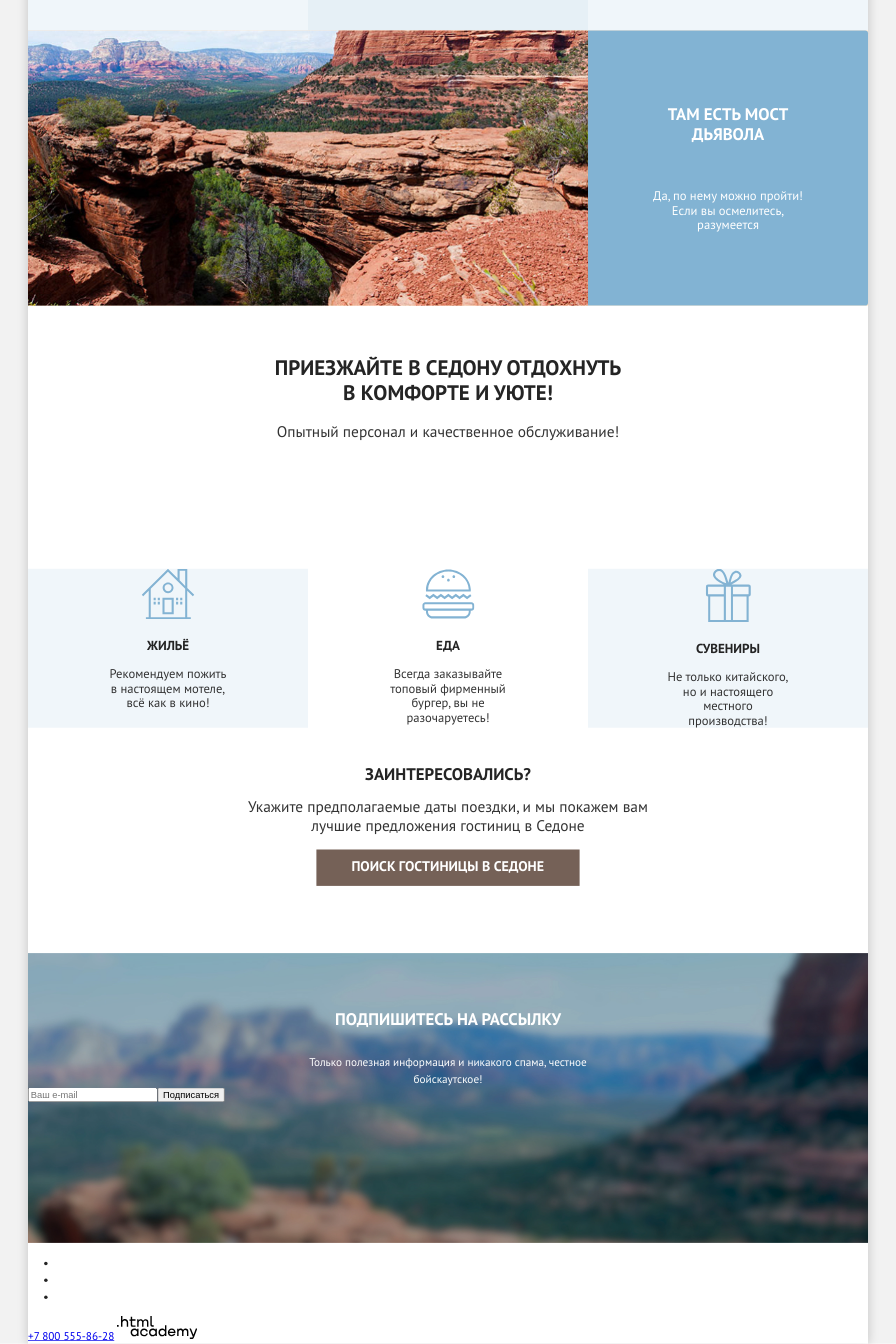
Repository: zakhgagne/2512253-sedona-1
Page: index.html
The author's editor kept a copy of each file at every save. The page is drawn from the files as they stood at one save, then again after the next save.
The browser window is 1280 px wide. The pictures show the part of the page from y = 1551 to 3471 px (the page is 3471 px tall), at 70% of full size.

Above is the page before, as saved 2024-05-11 20:22:33.

### index.html
<!DOCTYPE html>
<html lang="ru">

  <head>
    <meta charset="utf-8">
    <title>Сайт города Седона</title>
    <link rel="stylesheet" href="styles/styles.css">
  </head>

  <body>
    <div class="container">
      <header class="header">
        <a class="logo-link" href="#">
          <img class="logo-image" src="./images/logo.svg" alt="Любимая Седона" width="" height="">
        </a>
        <nav class="navigation">
          <ul class="main-menu">
            <li class="menu-item">
              <a href="./index.html" class="menu-link">Главная</a>
            </li>
            <li class="menu-item">
              <a href="#" class="menu-link">О Седоне</a>
            </li>
            <li class="menu-item">
              <a href="./catalog.html" class="menu-link">Гостиницы</a>
            </li>
          </ul>
          <ul class="user-menu">
            <li class="user-menu-item">
              <a href="#" class="user-menu-link">
                <span class="visually-hidden">Поиск</span>
              </a>
            </li>
            <li class="user-menu-item">
              <a href="#" class="user-menu-link">
                <span class="visually-hidden">Избранное</span>
                <span class="like-number">12</span>
              </a>
            </li>
            <li class="user-menu-item">
              <a href="#" class="user-menu-link">Хочу сюда!</a>
            </li>
          </ul>
        </nav>
      </header>
      <main class="main-container">
        <h1 class="visually-hidden">Cайт города Седона</h1>
        <section class="welcome">
          <h2 class="visually-hidden">Приглашение</h2>
          <img src="./images/welcome.svg" class="welcome-image" width="" height="" alt="Welcome">
        </section>

        <section class="city">
          <h2 class="city-title">Седона — небольшой городок в Аризоне, заслуживающий большего!</h2>
          <p class="city-subtitle">Рассмотрим причины, по которым Седона круче, чем Гранд-Каньон!</p>

          <ul class="reason-list">
            <li class="reason-item reason-item-special">
              <div class="reason-container">
                <h3 class="reason-title">Настоящий городок</h3>
                <p class="reason-text">Седона — не аттракцион для туристов, там течёт своя жизнь</p>
              </div>
              <img src="./images/photo-1.jpg" class="reason-image" width="" height="">
            </li>
            <li class="reason-item">
              <div class="reason-container">
                <h3 class="reason-title">Небольшая площадь</h3>
                <p class="reason-text">Все достопримечательности находятся очень близко</p>
              </div>
            </li>
            <li class="reason-item">
              <div class="reason-container">
                <h3 class="reason-title">Красивая дорога</h3>
                <p class="reason-text">Ехать в Седону из Лас-Вегаса совсем не скучно!</p>
              </div>
            </li>
            <li class="reason-item">
              <div class="reason-container">
                <h3 class="reason-title">Мало туристов</h3>
                <p class="reason-text">Большинство едет в Гранд Каньон и толпится там</p>
              </div>
            </li>
            <li class="reason-item reason-item-special">
              <img src="./images/photo-2.jpg" class="reason-image" width="" height="">
              <div class="reason-container">
                <h3 class="reason-title">Там есть мост дьявола</h3>
                <p class="reason-text">Да, по нему можно пройти! Если вы осмелитесь, разумеется</p>
              </div>
            </li>
          </ul>
        </section>

        <section class="city-welcome">
          <h2 class="desription">Приезжайте в Седону отдохнуть в комфорте и уюте!</h2>
          <p class="simple-text">Опытный персонал и качественное обслуживание!</p>
          <div class="container-city-welcome">
            <ul class="comfort-list">
              <li class="comfort-item">
                <img src="./images/advantage-icon-home.svg" class="reason-image" width="" height="">
                <h3 class="comfort-title">Жильё</h3>
                <p class="comfort-text">Рекомендуем пожить в настоящем мотеле, всё как в кино!</p>
              </li>
              <li class="comfort-item">
                <img src="./images/advantage-icon-food.svg" class="reason-image" width="" height="">
                <h3 class="comfort-title">Еда</h3>
                <p class="comfort-text">Всегда заказывайте топовый фирменный бургер, вы не разочаруетесь!</p>
              </li>
              <li class="comfort-item">
                <img src="./images/advantage-icon-gift.svg" class="reason-image" width="" height="">
                <h3 class="comfort-title">Сувениры</h3>
                <p class="comfort-text">Не только китайского, но и настоящего местного производства!</p>
              </li>
            </ul>
          </div>
        </section>

        <section class="interest">
          <h2 class="desription">Заинтересовались?</h2>
          <p class="simple-text-interest">Укажите предполагаемые даты поездки, и мы покажем вам лучшие предложения гостиниц в
            Седоне</p>
            <div class="container-button">
          <a href="#" class="button-search-motel">ПОИСК ГОСТИНИЦЫ В седоне</a>
          </div>
        </section>

      </main>

      <footer>
        <section class="news-letter">
           <div class="container-letter">
          <h2 class="desription">Подпишитесь на рассылку</h2>
          <p class="simple-text-footer">Только полезная информация и никакого спама, честное бойскаутское!</p>
          </div>
          <form class="subscribe-form" action="https://echo.htmlacademy.ru/" method="post">
            <input class="field" placeholder="Ваш e-mail" type="email" name="distribution-email" required>
            <button class="subscribe-form-button" type="submit">Подписаться</button>
          </form>
        </section>
        <div class="footer-container">
          <section class="contacts">
            <h2 class="visually-hidden">Контакты</h2>
            <ul class="contact-list">
              <li class="contact-list-item">
                <a href="#" class="contact-list-link">
                  <p class="visually-hidden">Вконтакте</p>
                </a>
              </li>
              <li class="contact-list-item">
                <a href="#" class="contact-list-link">
                  <p class="visually-hidden">Телеграм</p>
                </a>
              </li>
              <li class="contact-list-item">
                <a href="#" class="contact-list-link">
                  <p class="visually-hidden">Ютуб</p>
                </a>
              </li>
            </ul>
            <a class="footer-contacts-address-phone" href="tel:+78005558628">+7 800 555-86-28</a>
            <a class="htmlacademy-link" href="https://htmlacademy.ru/">
              <img src="./images/logo-academy.svg" width="" height="" alt="Академия">
            </a>
          </section>
        </div>
      </footer>
    </div>
  </body>

</html>

### styles/styles.css
@font-face {
  font-family: "PT Sans";
  font-style: normal;
  font-weight: 400;
  src: url("../fonts/ptsans-400.woff2") format("woff2");
  font-display: swap;
}

@font-face {
  font-family: "PT Sans";
  font-style: normal;
  font-weight: 700;
  src: url("../fonts/ptsans-700.woff2") format("woff2");
  font-display: swap;
}


body {
  margin: 0;
  font-family: "PT Sans", "Arial", sans-serif;
  font-size: 16px;
  line-height: 24px;
  color: #242424;
  background-color: #f2f2f2;
}

.visually-hidden {
  display: none;
}

.container {
  width: 1200px;
  margin: 0 auto;
  background-color: #ffffff;
  box-shadow: 0 0 15px rgba(0, 0, 0, 0.2);
}

.header {
  background-color: #ffffff;
  position: relative;
  padding: 0 68px 0 238px;
}

.logo-link {
  position: absolute;
  top: 0;
  left: 70px;
}

.logo-image {}

.navigation {
  display: flex;
  justify-content: space-between;
}

.main-menu {
  padding: 0;
  margin: 0;
  list-style: none;
  display: flex;
  width: 500px;
  flex-wrap: wrap;
}

.menu-item {}

.menu-link {
  font-size: 20px;
  font-weight: 700;
  line-height: 24px;
  color: #000000;
  text-decoration: none;
  display: block;
  padding: 20px 16px;

}

.menu-item:nth-child(1) {
  /* background-color: red; */
}

.menu-item:nth-child(2) {
  /* background-color: blue; */
}

.menu-item:nth-child(3) {
  /* background-color: red; */
}

.user-menu {
  padding: 0;
  margin: 0;
  list-style: none;
  display: flex;
}

.welcome {
  background-color: #aec5d1;
  background-image: url("../images/white-crown.svg"), url("../images/index-background.jpg");
  background-repeat: no-repeat;
  background-position: center bottom, center top;
  background-size: 1200px 57px, cover;
  padding-top: 51px;
  padding-bottom: 82px;
  min-height: 352px;
}

.welcome-image {
  display: block;
  margin: 0 auto;
}

.city {
  text-align: center;
  padding-top: 70px;
}

.city-title {
  padding: 0;
  margin: 0 auto 24px;
  font-size: 30px;
  font-weight: 700;
  line-height: 36px;
  text-transform: uppercase;
  width: 750px;

}

.city-subtitle {
  padding: 1px;
  margin: 0 auto 87px;
  font-size: 22px;
  font-weight: 400;
  line-height: 26px;
  width: 750px;
}

.reason-list {
  display: flex;
  justify-content: space-between;
  text-align: center;
  padding: 0;
  margin: 0;
  list-style: none;
  flex-wrap: wrap;
}

.reason-item {
  display: flex;
  background-color: bisque;
}

.reason-container {
  width: 400px;
  padding-top: 106px;
  padding-bottom: 105px;
}

.reason-title {
  margin: 0 auto 63px;
  padding: 0;
  font-size: 24px;
  font-weight: 700;
  line-height: 28px;
  width: 175px;
  text-transform: uppercase;

}

.reason-text {
  padding: 0;
  margin: 0 auto;
  font-size: 18px;
  font-weight: 400;
  line-height: 21px;
  width: 231px;
}

.reason-item:nth-child(2n) {
  background-color: #f0f6fa;
}

.reason-item:nth-child(3n) {
  background-color: #e6f0f6;
}

.reason-item-special .reason-container {
  background-color: #82B3D3;
  border-radius: 0px 4px 4px 0px;
  color: #FFFFFF;

}

.comfort-list {
  display: flex;
  justify-content: space-between;
  text-align: center;
  padding: 0;
  margin: 0;
  list-style: none;
}

.comfort-item {
  width: 400px;
}

.comfort-item:nth-child(even) {
  background-color: #ffffff;
}

.comfort-item:nth-child(odd) {
  background-color: #f0f6fa;
}

.interest {
  text-align: center;
  margin: 54px auto;
  height: 214px;
  width: 592px;
}

.desription {
  padding: 0;
  margin: 0;
  text-transform: uppercase;
}

.footer-container {
  display: flex;
  margin: 0 auto;
}


.news-letter {
  background-image: url("../images/subscribe.jpg");
  background-repeat: no-repeat;
  min-height: 414px;
  text-align: center;

  /*width: 684px;*/
}

.city-welcome {
  text-align: center;
  padding-top: 70px;
}

.city-welcome .desription {
  padding: 0;
  margin: 0 auto 24px;
  font-size: 30px;
  font-weight: 700;
  line-height: 36px;
  text-transform: uppercase;
  width: 500px;
}

.simple-text {

  padding: 0;
  margin: 0 auto;
  width: 490px;
  height: 70px;

  /* Texts/Text basic */
  font-weight: 400;
  font-size: 22px;
  line-height: 26px;
  /* identical to box height, or 118% */
  /* Texts/second */
  color: #333333;
}

.container-city-welcome {

  text-align: center;
  padding-top: 140px;
}

.comfort-text {
  font-weight: 400;
  font-size: 18px;
  line-height: 21px;
  color: #333333;
  flex: none;
  order: 2;
  align-self: stretch;
  flex-grow: 0;
  width: 175px;
  margin: 0 auto;
  padding: 0;
}

.comfort-title {
  text-transform: uppercase;
}



/* Укажите предполагаемые даты поездки, и мы покажем вам лучшие предложения гостиниц в Седоне */
.simple-text-interest {
  width: 592px;
  height: 52px;
  /* Texts/Text basic */
  font-family: 'PT Sans';
  font-style: normal;
  font-weight: 400;
  font-size: 22px;
  line-height: 26px;
  /* or 118% */
  text-align: center;

  /* Texts/second */
  color: #333333;

  /* Inside auto layout */
  flex: none;
  order: 1;
  flex-grow: 0;
}

.container-button {
  /* Кнопка */
  width: 376px;
  height: 52px;
  color: #FFFFFF;
  /* Inside auto layout */
  flex: none;
  order: 1;
  flex-grow: 0;
  margin: 0 auto 0;
  padding: 0;
  padding-top: 10;
  background-color: #756157;

}

.button-search-motel {
  margin: auto;
  padding-top: 5px;
  width: 276px;
  height: 36px;

  /* Buttons/Button big */
  font-family: 'PT Sans';
  font-style: normal;
  font-weight: 700;
  font-size: 20px;
  line-height: 36px;
  /* identical to box height, or 180% */
  display: flex;
  align-items: center;
  text-align: center;
  text-transform: uppercase;
  text-decoration: none;
  /* Texts/background/deafault */
  color: #FFFFFF;


  /* Inside auto layout */
  flex: none;
  order: 0;
  flex-grow: 0;
}

.container-letter {
  /* Frame 29 */

  /* Auto layout */
  display: flex;
  flex-direction: column;
  align-items: center;
  padding: 0 px;
  gap: 20px;

  width: 475px;
  height: 108.86px;


  /* Inside auto layout */
  flex: none;
  order: 0;
  flex-grow: 0;
  color: #FFFFFF;
  margin: 0 auto 0;
  padding-top: 83px;
}
.subscribe-form
{
/* input */

  /* Auto layout */
  display: flex;
}

After the next save:
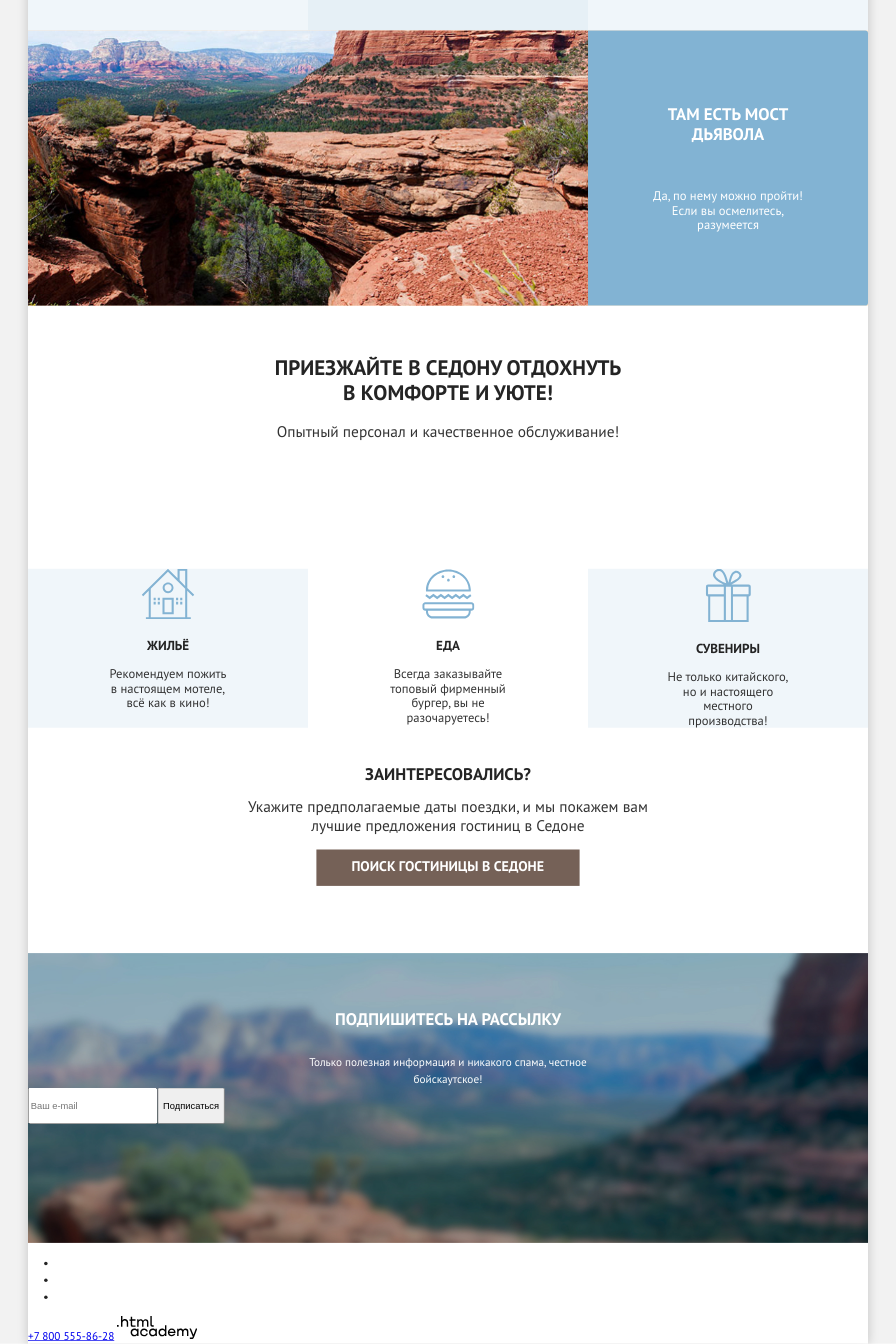
Saved 21 s later.
--- a/styles/styles.css
+++ b/styles/styles.css
@@ -392,4 +392,6 @@ body {
 
   /* Auto layout */
   display: flex;
-}
+  width: 452px;
+    height: 52px;
+}
